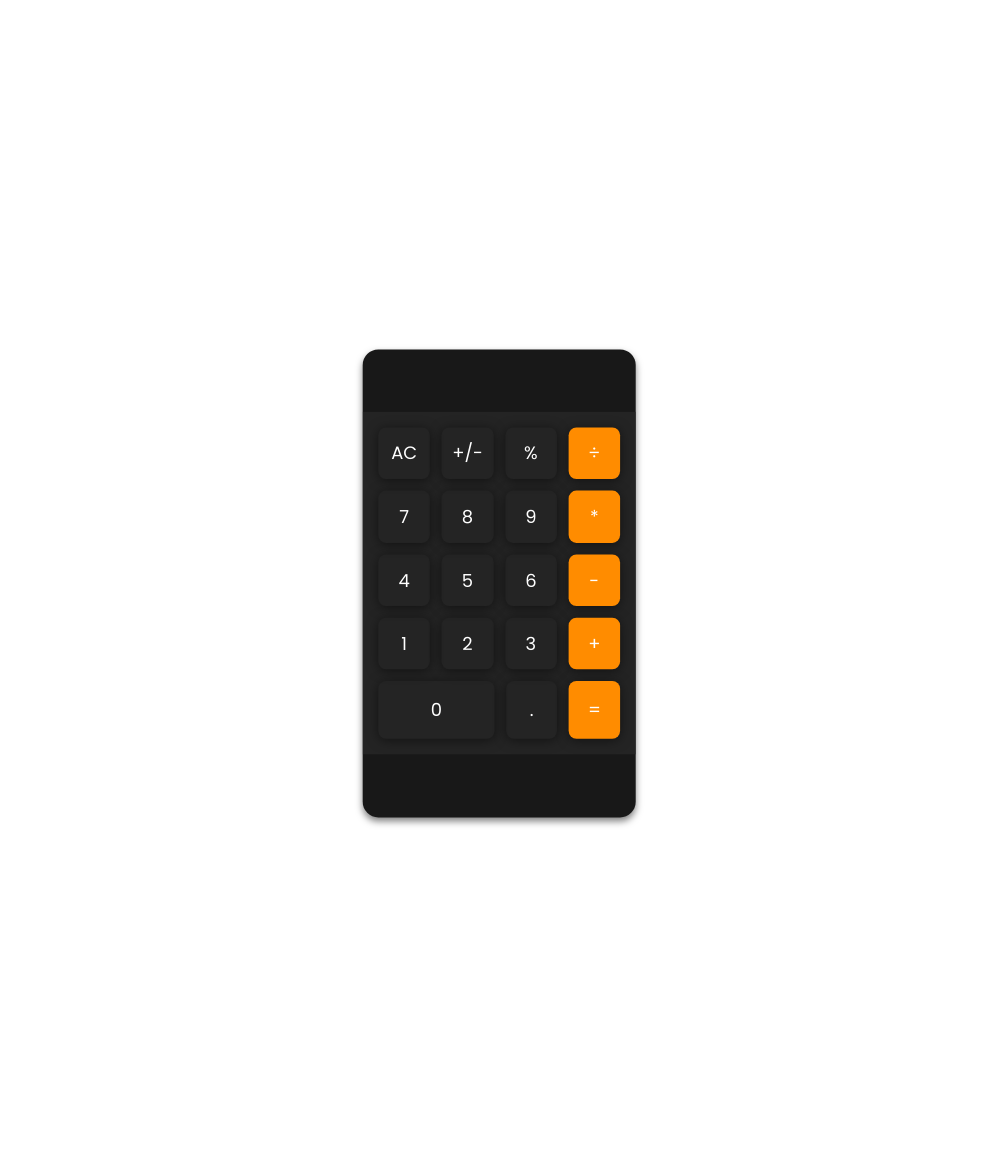
Repository: minhtien9/Calculator
Page: /
These files come from the project's save history. The page is drawn as it stood at one moment and after the next save; the edit follows.
The browser window is 1280 px wide. The pictures show the whole page, at 78% of full size.
The project was rebuilt for these pictures with package versions that can differ from the ones it lists, and the page was loaded fresh each time.

Above is the page before, as saved 2022-07-21 23:43:55.

After the next save:
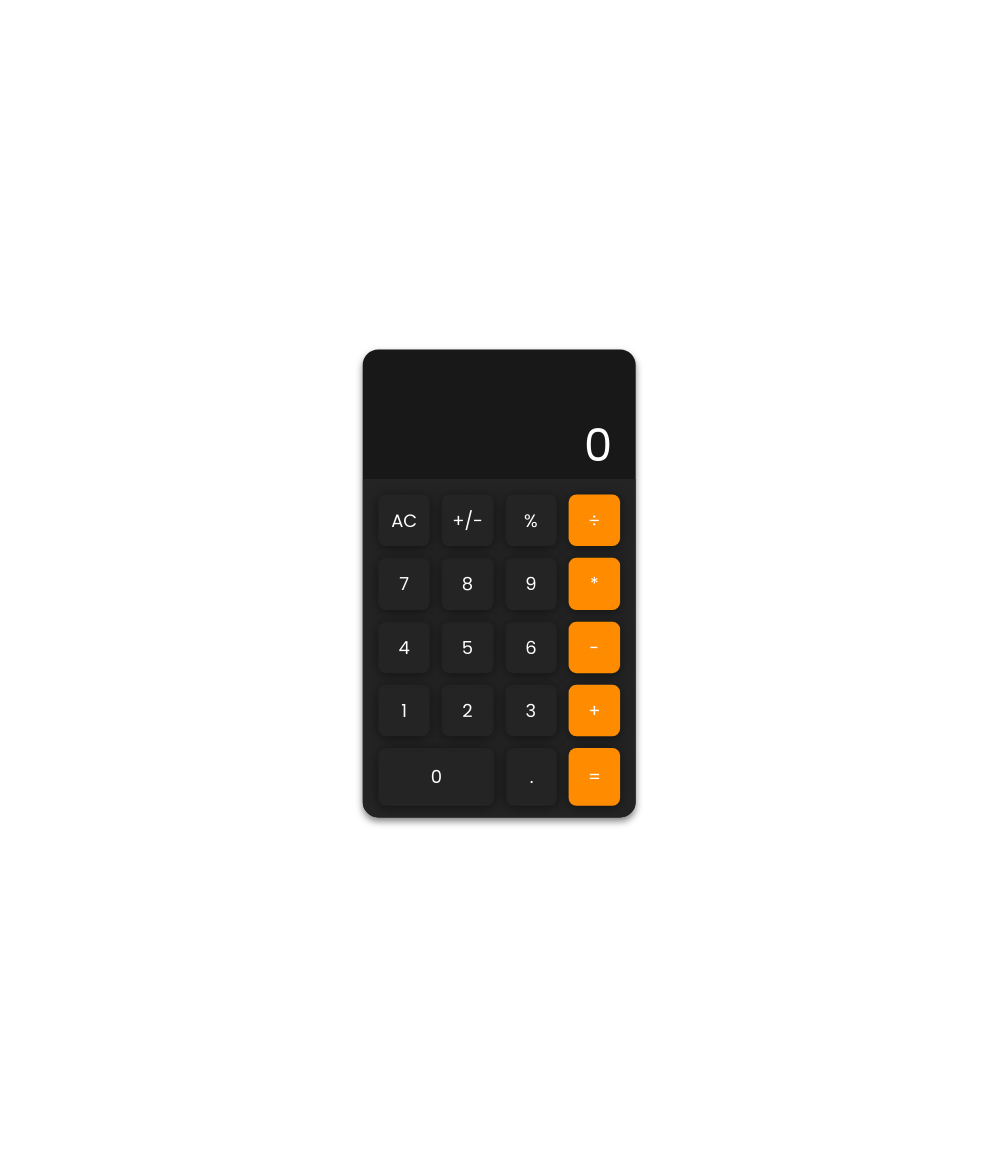
Saved 2 min 13 s later.
--- a/src/Components/Calculator.jsx
+++ b/src/Components/Calculator.jsx
@@ -305,7 +305,7 @@
 
     return (
         <div className='caculator'>
-            <section className='screen'>{input}</section>
+            <section className='screen'>0</section>
 
             <section className='keyboard'>
                 <div className='keyboard-row'>

After the save that followed:
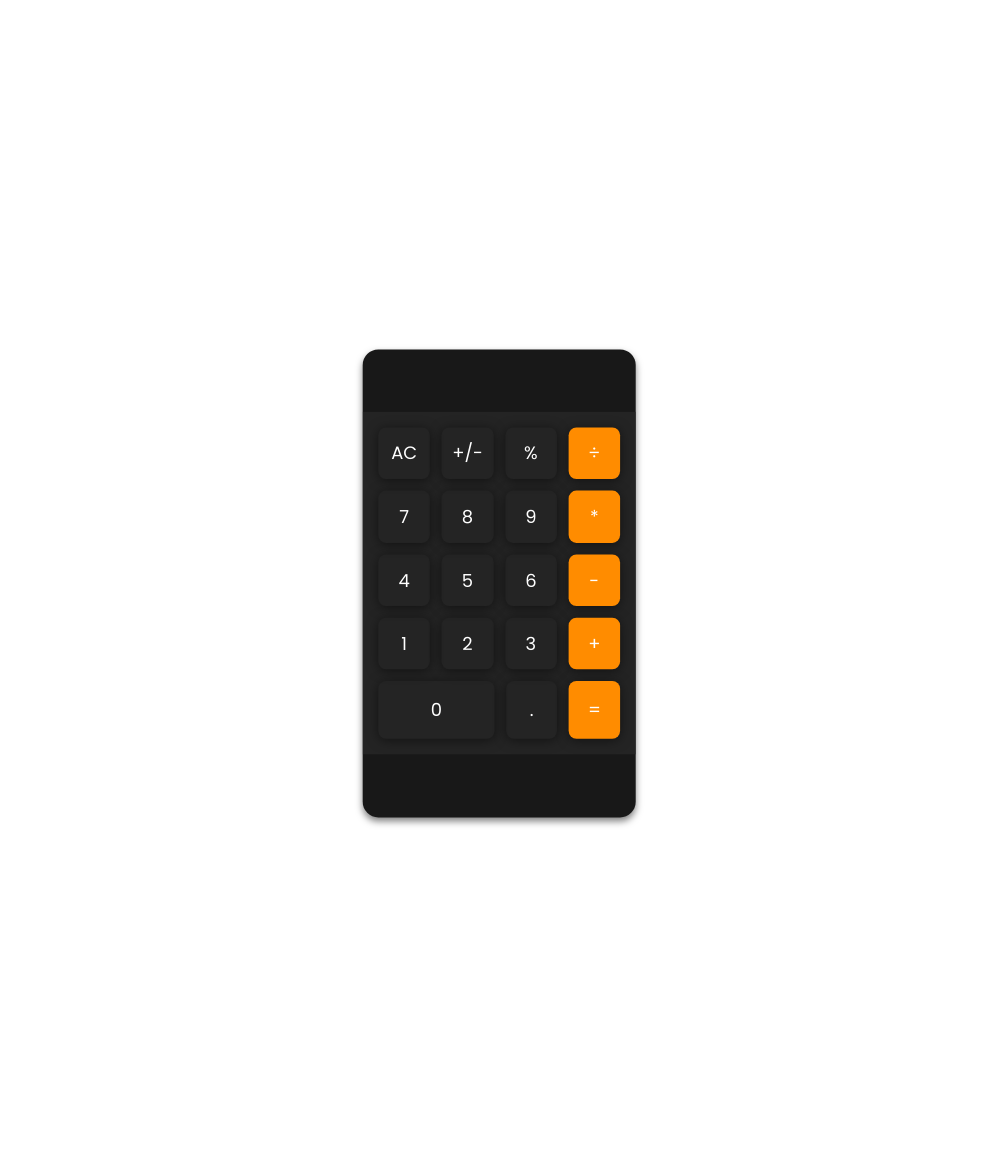
Saved 47 s later.
--- a/src/Components/Calculator.jsx
+++ b/src/Components/Calculator.jsx
@@ -305,7 +305,7 @@
 
     return (
         <div className='caculator'>
-            <section className='screen'>0</section>
+            <section className='screen'>{console.log(input)}</section>
 
             <section className='keyboard'>
                 <div className='keyboard-row'>
